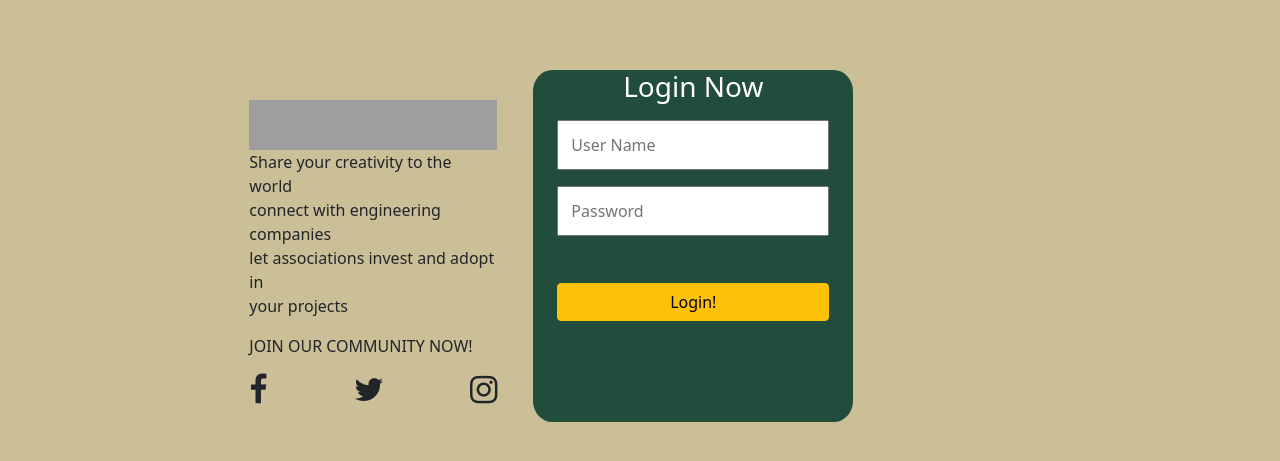
Repository: ahmadjamal-1997/Project-Taqadam
Page: http://localhost/Taqadam/WEB-INF/login.jsp
These files come from the project's save history. The page is drawn as it stood at one moment and after the next save; the edit follows.
The browser window is 1280 px wide. The pictures show the whole page.
Pictures or frames that could not be fetched are drawn as grey boxes. The page is served by Tomcat 9. Nobody is signed in. The template is opened directly, without the code that normally fills it, so the values that code supplies are empty.

Above is the page before, as saved 2022-03-31 10:39:21.

After the next save:
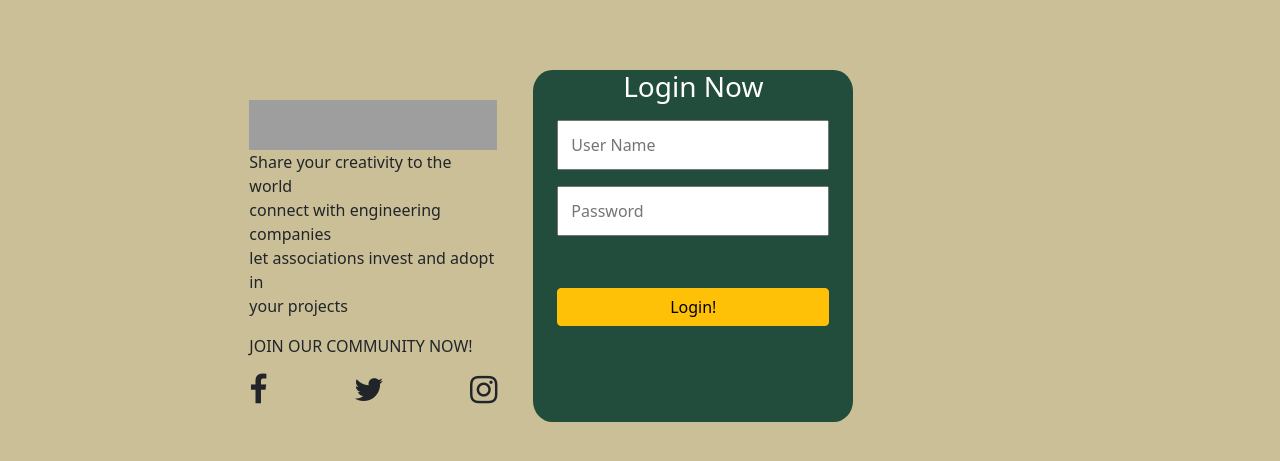
Saved 14 s later.
--- a/Taqadam-new/Taqadam-java/Taqadam-new/Taqadam/src/main/webapp/WEB-INF/login.jsp
+++ b/Taqadam-new/Taqadam-java/Taqadam-new/Taqadam/src/main/webapp/WEB-INF/login.jsp
@@ -61,7 +61,7 @@
             <div class="row mb-3 mt-2" style="height:50px">
             <input type="password" id="password" name="password" placeholder="Password"/>
             </div>
-            <div class="row mb-3" style="height:15px">
+            <div class="row mb-3" style="height:20px">
             </div>
             <div class="row mb-3">
        		 <input type="hidden" name="${_csrf.parameterName}" value="${_csrf.token}"/>
